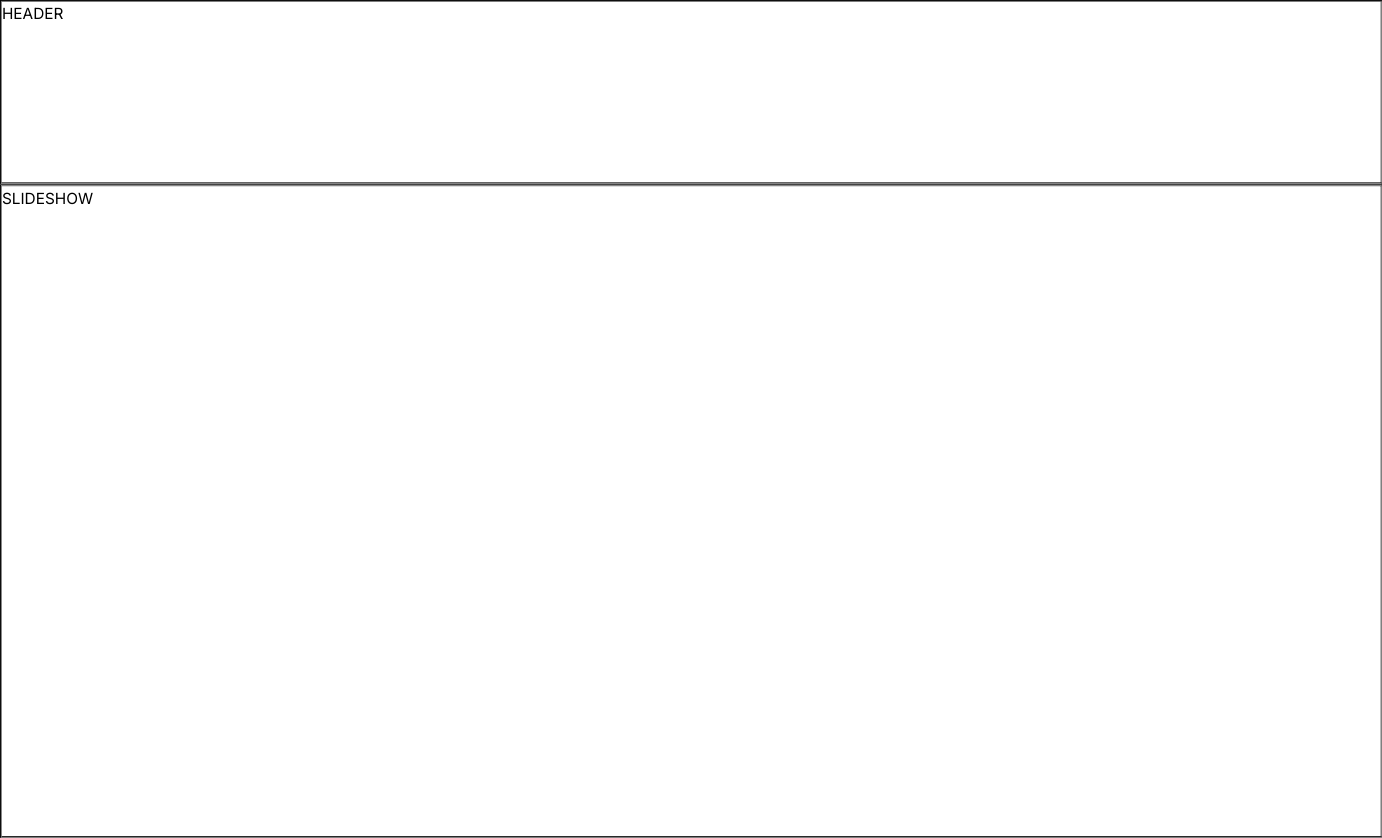
Repository: theophiloweb/landpage_disgital_store
Page: index.html
An editor plug-in stored every save of this project. The page is shown before and after the next save, followed by the edit.
The browser window is 1280 px wide. The page is 1440 px wide, so the pictures cover 1440 px, including what lies to the right of the window. The pictures show the whole page, at 96% of full size.

Above is the page before, as saved 2025-04-23 08:57:08.

After the next save:
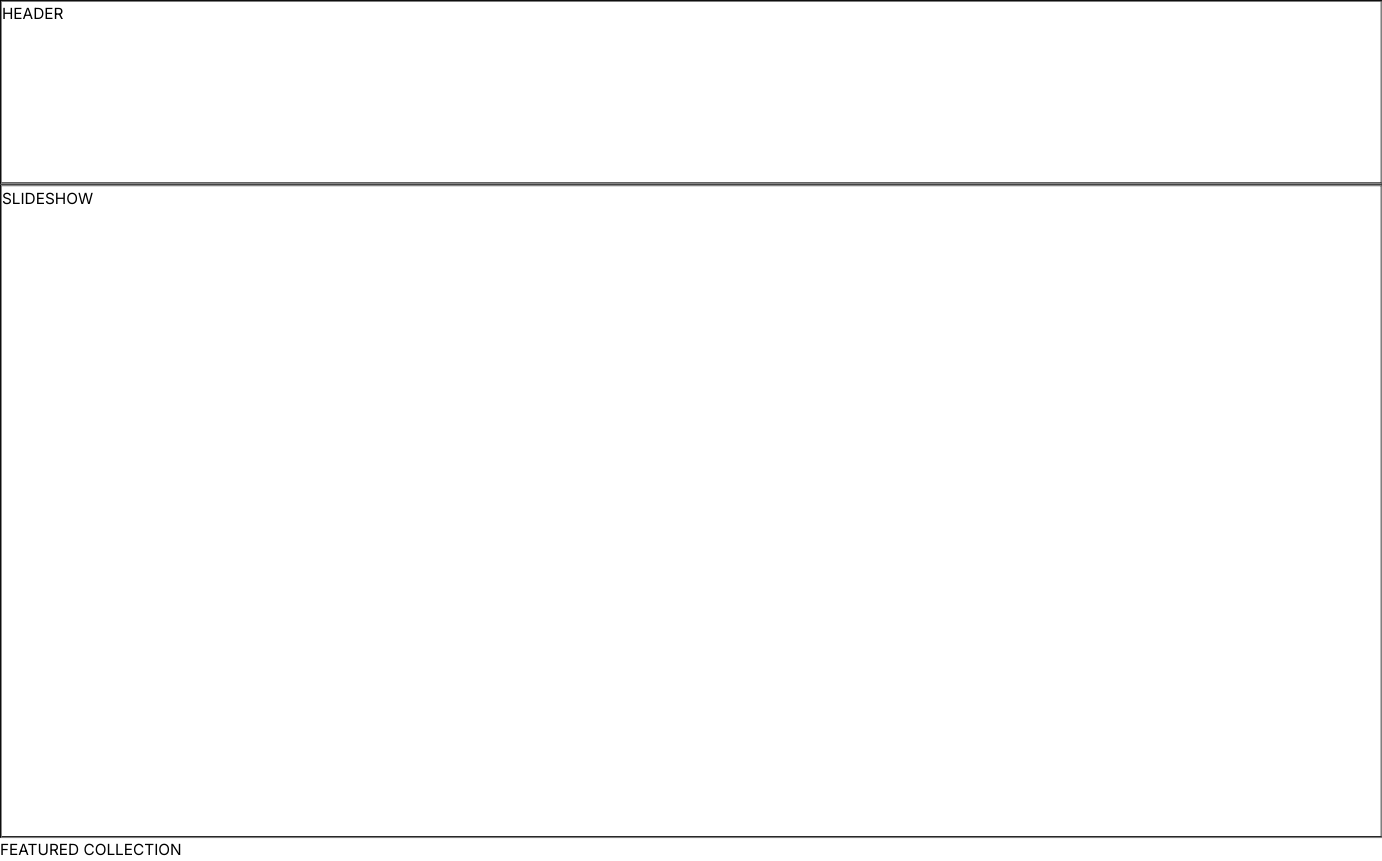
Saved 70 s later.
--- a/index.html
+++ b/index.html
@@ -25,7 +25,9 @@
                     <p>SLIDESHOW</p>
                 </section>
 
-                <section class="">
+                <section class="featured_collection">
+                    <p>FEATURED COLLECTION</p>
+
 
                 </section>
 
